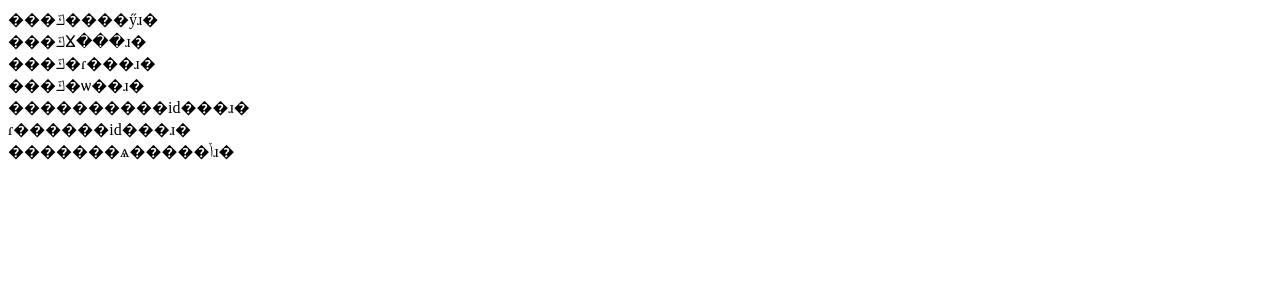
Repository: ZxxWs/P_M_learn
Page: http://localhost/
An editor plug-in stored every save of this project. The page is shown before and after the next save, followed by the edit.
The browser window is 1280 px wide. The pictures show the whole page.
The page is run by PHP 8.4 with error messages shown; the project is at /var/www/html/. Queries for data that is not in the repository find no rows.

Above is the page before, as saved 2019-03-12 07:30:08.

### Mysql_learn/index.php
<?php

//MySQL在PHP中的方法：mysqli_function(value,value1....)

//************************************************************
//连接MySQL：
$host='localhost:3306';                    //可选，主机名|IP
$username='root';          //可选，MySQL用户名
$password;          //可选，MySQL密码
$dbname;            //可选，默认数据库
$port;                  //端口号
$socket;            //规定socket
$conn=mysqli_connect($host,$username);
//mysqli_close($link);//关闭与于数据库的连接
if($conn)
    echo "数据库连接成功";
echo "<br />";

//************************************************************
//创建数据库
$create="create database phpcreat";
$createdatabase=mysqli_query($conn, $create);
if($createdatabase)
    echo "数据库创建成功";
else{
    die('连接失败: ' . mysqli_error($conn));
}
echo "<br />";

//删除数据库
$drop="drop database phpcreat";
$drop=mysqli_query($conn, $drop);
if($drop)
    echo "数据库删除成功";
else{
    die('连接失败: ' . mysqli_error($conn));
}
echo "<br />";


//************************************************************
//选择数据库
$dbname="test";
$select=mysqli_select_db($conn, $dbname);
if($select)
    echo "数据库选择成功";
    else{
        die('连接失败: ' . mysqli_error($conn));
    }
echo "<br />";


//************************************************************
//创建表
$table="create table phptable(id int)";
$createtable=mysqli_query($conn, $table);
if($createtable)
    echo "创建表：“id”成功";
else{
    die('连接失败: ' . mysqli_error($conn));
}
echo "<br />";

//删除表
$droptable="drop table phptable";
$droptablea=mysqli_query($conn, $droptable);
if($droptablea)
    echo "删除表“id”成功";
echo "<br/>";


//***********************
// 设置编码，防止中文乱码
mysqli_query($conn , "set names utf8");
//***********************
//向表中插入数据————>students:name,num,class      貌似未成功
$stuname="吴霜";
$stunum=1707004101;
$stuclass=17070144;
$sqldata="insert into students".
         "(name,num,class)".
         "values".
         "('$stuname','$stunum','$stuclass')";
$into=mysqli_query($conn, $sqldata);
if($into)
    echo "插入相关学生数据成功";
    echo "<br/>";

After the next save:
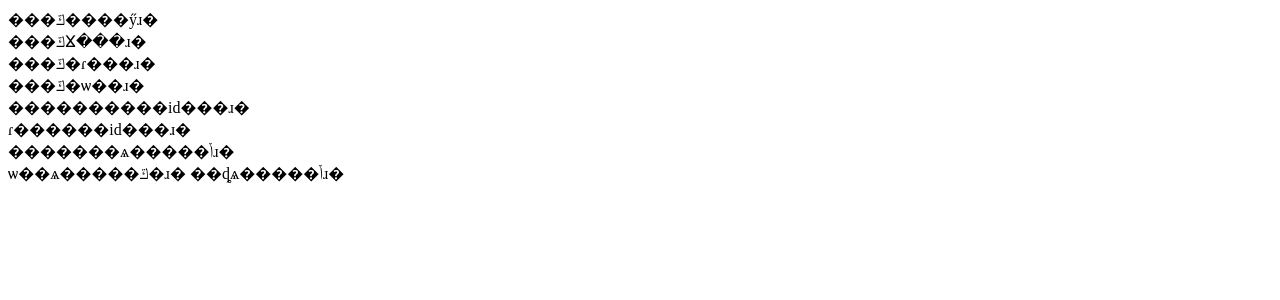
Saved 10 min 56 s later.
--- a/Mysql_learn/index.php
+++ b/Mysql_learn/index.php
@@ -73,7 +73,7 @@ echo "<br/>";
 // 设置编码，防止中文乱码
 mysqli_query($conn , "set names utf8");
 //***********************
-//向表中插入数据————>students:name,num,class      貌似未成功
+//向表中插入数据————>students:name,num,class
 $stuname="吴霜";
 $stunum=1707004101;
 $stuclass=17070144;
@@ -85,3 +85,16 @@ $into=mysqli_query($conn, $sqldata);
 if($into)
     echo "插入相关学生数据成功";
     echo "<br/>";
+
+
+//***********************************************************
+//读取数据库
+$readdata='select name,num,class from students';
+$selecttable=mysqli_select_db($conn, 'student');//选择数据库
+if($selecttable)
+    echo "选择学生数据库成功";
+    echo "          ";
+$readdata=mysqli_query($conn, $readdata);
+if($into)
+    echo "读取学生数据成功";
+    echo "<br/>";
